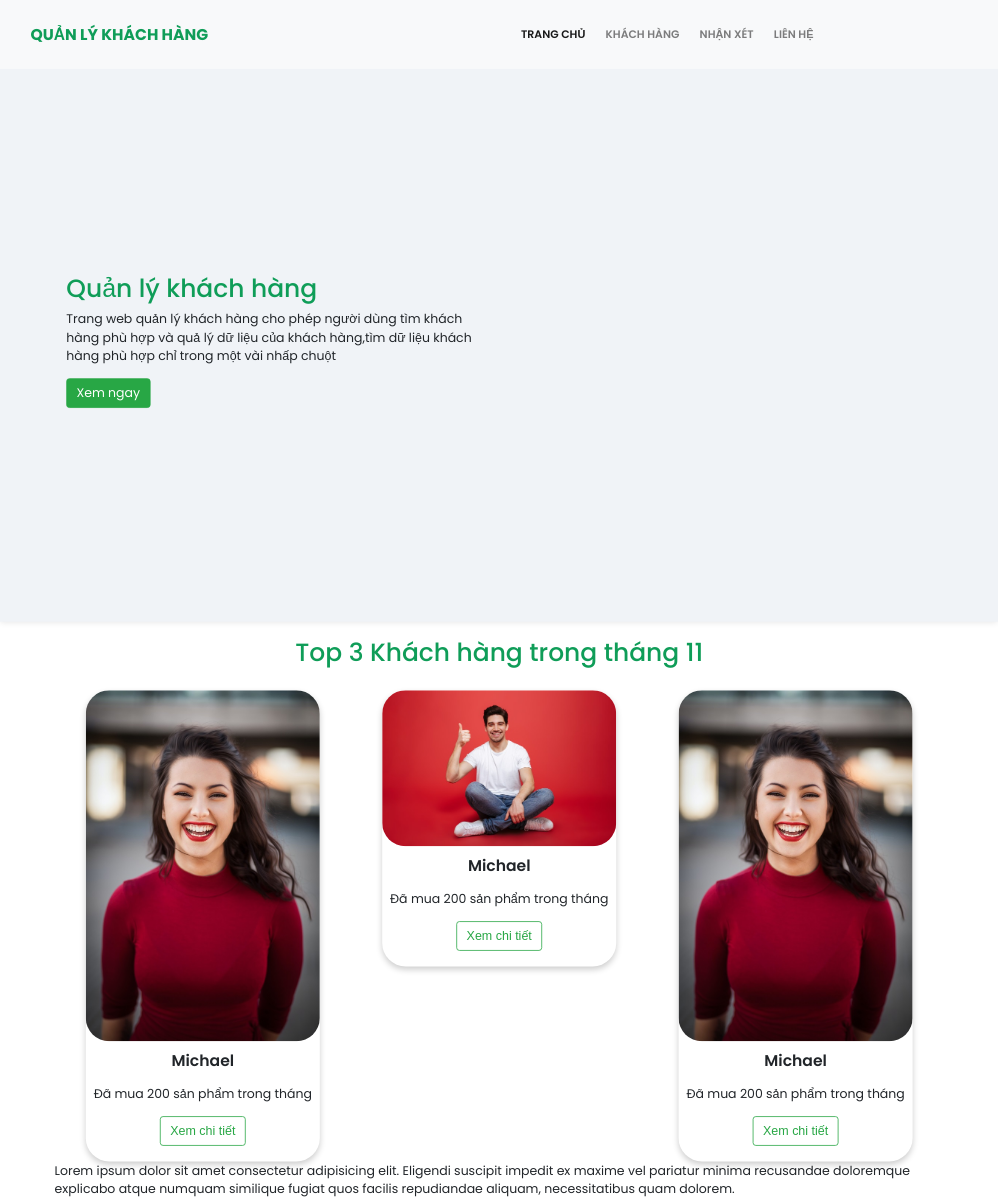
Repository: huutien1904/bt2-ltw
Page: index.html
The author's editor kept a copy of each file at every save. The page is drawn from the files as they stood at one save, then again after the next save.
The browser window is 1280 px wide. The pictures show the whole page, at 78% of full size.

Above is the page before, as saved 2021-11-04 09:02:14.

### index.html
<!DOCTYPE html>
<html lang="en">
<head>
    <meta charset="UTF-8">
    <meta http-equiv="X-UA-Compatible" content="IE=edge">
    <meta name="viewport" content="width=device-width, initial-scale=1.0">
    <title>Quản Lý Khách Hàng</title>

    <!-- style -->
    <link rel="stylesheet" href="./style.css">
    <!-- font Poppins -->
    <link rel="preconnect" href="https://fonts.googleapis.com">
    <link rel="preconnect" href="https://fonts.gstatic.com" crossorigin>
    <link href="https://fonts.googleapis.com/css2?family=Poppins:wght@100;200;300;400;500;600;700;800;900&display=swap" rel="stylesheet">
    <!--  boostrap -->
    <link rel="stylesheet" href="https://maxcdn.bootstrapcdn.com/bootstrap/4.5.2/css/bootstrap.min.css">
    <script src="https://ajax.googleapis.com/ajax/libs/jquery/3.5.1/jquery.min.js"></script>
    <script src="https://cdnjs.cloudflare.com/ajax/libs/popper.js/1.16.0/umd/popper.min.js"></script>
    <script src="https://maxcdn.bootstrapcdn.com/bootstrap/4.5.2/js/bootstrap.min.js"></script>
</head>
<body>
  <!-- navbar -->
    <!-- <nav class="navbar navbar-default navbar-fixed-top">
        <div class="container-fluid ">
          <div class="navbar-header">
            <button type="button" class="navbar-toggle" data-toggle="collapse" data-target="#myNavbar">
              <span class="icon-bar"></span>
              <span class="icon-bar"></span>
              <span class="icon-bar"></span>
            </button>
            <a class="navbar-brand" href="#home">QUẢN LÝ KHÁCH HÀNG</a>
          </div>
          <div class="collapse navbar-collapse" id="myNavbar">
            <ul class="nav navbar-nav navbar-right">
              <li class="active_nav"><a href="#home">TRANG CHỦ</a></li>
              <li ><a href="#customer">KHÁCH HÀNG</a></li>
              <li><a href="#comment">NHẬN XÉT</a></li>
              <li><a href="#contact">LIÊN HỆ</a></li>
            </ul>
          </div>
        </div>
    </nav> -->
  <!-- end navbar -->
  <nav class="navbar navbar-expand-lg navbar-light bg-light fixed-top p-4 d-flex justify-content-between">
    <div class="nav_title col-md-6 col-sm-12">
      <a class="navbar-brand" href="#">QUẢN LÝ KHÁCH HÀNG</a>
    </div>

    <div class="nav_menu col-md-6 ">
      <button class="navbar-toggler" type="button" data-toggle="collapse" data-target="#navbarSupportedContent" aria-controls="navbarSupportedContent" aria-expanded="false" aria-label="Toggle navigation">
        <span class="navbar-toggler-icon"></span>
      </button>
      <div class="collapse navbar-collapse" id="navbarSupportedContent">
        <ul class="navbar-nav mr-auto">
          <li class="nav-item active">
            <a class="nav-link" href="#home">TRANG CHỦ</a>
          </li>
          <li class="nav-item">
            <a class="nav-link" href="#customer">KHÁCH HÀNG</a>
          </li>

          <li class="nav-item">
            <a class="nav-link" href="#comment">NHẬN XÉT</a>
          </li>
          <li class="nav-item">
            <a class="nav-link" href="#contact">LIÊN HỆ</a>
          </li>

        </ul>

      </div>
    </div>


  </nav>
  <!-- trang chủ -->
  <section
    id="home"
    >
    <div class="container">
      <div class="row">
        <div class="col-md-6 col-xs-12 ">
          <div class="">
            <h2 class="slogan">Quản lý khách hàng</h2>
            <p class="">
              Trang web quản lý khách hàng cho phép người dùng tìm khách hàng phù hợp và quả lý dữ liệu của khách hàng,tìm dữ liệu khách hàng phù hợp chỉ trong một vài nhấp chuột
            </p>
            <div class="left-to-right play-on-scroll delay-4">
              <button type="button" class="btn btn-success">Xem ngay</button>
            </div>
          </div>
        </div>
      </div>
    </div>
  </section>
  <!-- end trang chủ -->

  <!-- khách hàng -->
  <section id="customer ">
    <div class="container">
      <div class="row">
        <div class="col-md-12 col-sm-12 d-flex justify-content-center align-items-center">
          <h2 class="title_customer ">Top 3 Khách hàng trong tháng 11</h2>
        </div>
      </div>
      <div class="row">
        <div class="col-md-4 col-sm-12">
          <div class="customer_top">
            <img src="./img/michael-dam-mEZ3PoFGs_k-unsplash.jpg" alt="Denim Jeans" style="width:100%">
            <p class="customer_top-name">Michael</p>
            <p>Đã mua 200 sản phẩm trong tháng</p>
            <button type="button " class="btn btn-outline-success btn_des">Xem chi tiết</button>
          </div>
        </div>
        <div class="col-md-4 col-sm-12">
          <div class="customer_top">
            <img src="./img/portrait-happy-young-man_171337-21716.jpg" alt="Denim Jeans" style="width:100%">
            <p class="customer_top-name">Michael</p>
            <p>Đã mua 200 sản phẩm trong tháng</p>
            <button type="button " class="btn btn-outline-success btn_des">Xem chi tiết</button>
          </div>

        </div>
        <div class="col-md-4 col-sm-12">
          <div class="customer_top">
            <img src="./img/michael-dam-mEZ3PoFGs_k-unsplash.jpg" alt="Denim Jeans" style="width:100%">
            <p class="customer_top-name">Michael</p>
            <p>Đã mua 200 sản phẩm trong tháng</p>
            <button type="button " class="btn btn-outline-success btn_des">Xem chi tiết</button>
          </div>

        </div>
        Lorem ipsum dolor sit amet consectetur adipisicing elit. Eligendi suscipit impedit ex maxime vel pariatur minima recusandae doloremque explicabo atque numquam similique fugiat quos facilis repudiandae aliquam, necessitatibus quam dolorem.
      </div>
    </div>
  </section>
  <!-- end khách hàng -->
  <!--  Nhận xét-->
  <section id="comment">

  </section>
  <!-- liên hệ -->
  <section id="contact">

  </section>
</body>
</html>

### style.css
*{
  font-family: 'Poppins', sans-serif;
}
p{
  margin: 0;
}
:root {
  --primary-color: #0f9d58;
  --backgound-color: #f0f3f7;
  --secon-color: #9da2ad;
  --grey: #7a7a7a;
  --white: #ffffff;
}
body {
  font: 400 15px Lato, sans-serif;
  line-height: 1.8;
  color: #818181;
}
.navbar-default{
  padding: 15px;
  background-color: var(--backgound-color);
  box-shadow: 0 2px 8px rgb(0 0 0 / 10%);
}
.navbar-brand{
  font-weight: 700;
  font-size: 20px;
  color: var(--primary-color) !important;

}
.navbar-nav li{
  font-size: 14px;
  font-weight: 600;
  margin: 0 5px;
  /* padding:5px; */
}
.navbar-nav li:hover{
  background-color: var(--primary-color);
  border-radius: 15px;
  color: white !important;
}
#home{
  margin-top: 77px;
  height: 100vh;
  display: flex;
  justify-content: center;
  align-items: center;
  background-color: var(--backgound-color);
  box-shadow: 0 2px 8px rgb(0 0 0 / 10%);
}
.slogan{
  color: var(--primary-color);
}
.title_customer{
  color: var(--primary-color);

}
#customer{
  height: 90vh;
  background-color: var(--backgound-color);
  box-shadow: 0 2px 8px rgb(0 0 0 / 10%);
}
.customer_top {
  box-shadow: 0 4px 8px 0 rgba(0, 0, 0, 0.2);
  max-width: 300px;
  margin: auto;
  text-align: center;
  font-family: arial;
  border-radius: 30px;

}
.customer_top img{
  border-radius: 30px;
  margin-bottom: 10px;
}
.customer_top-name{
  font-size: 20px;
  font-weight: 600;
}
.btn_des{
  margin-bottom: 20px;
}
.title_customer{
  margin: 20px;
  margin-bottom: 30px;
}



/* .active_nav{
  background-color: var(--primary-color);
  border-radius: 15px;
} */

After the next save:
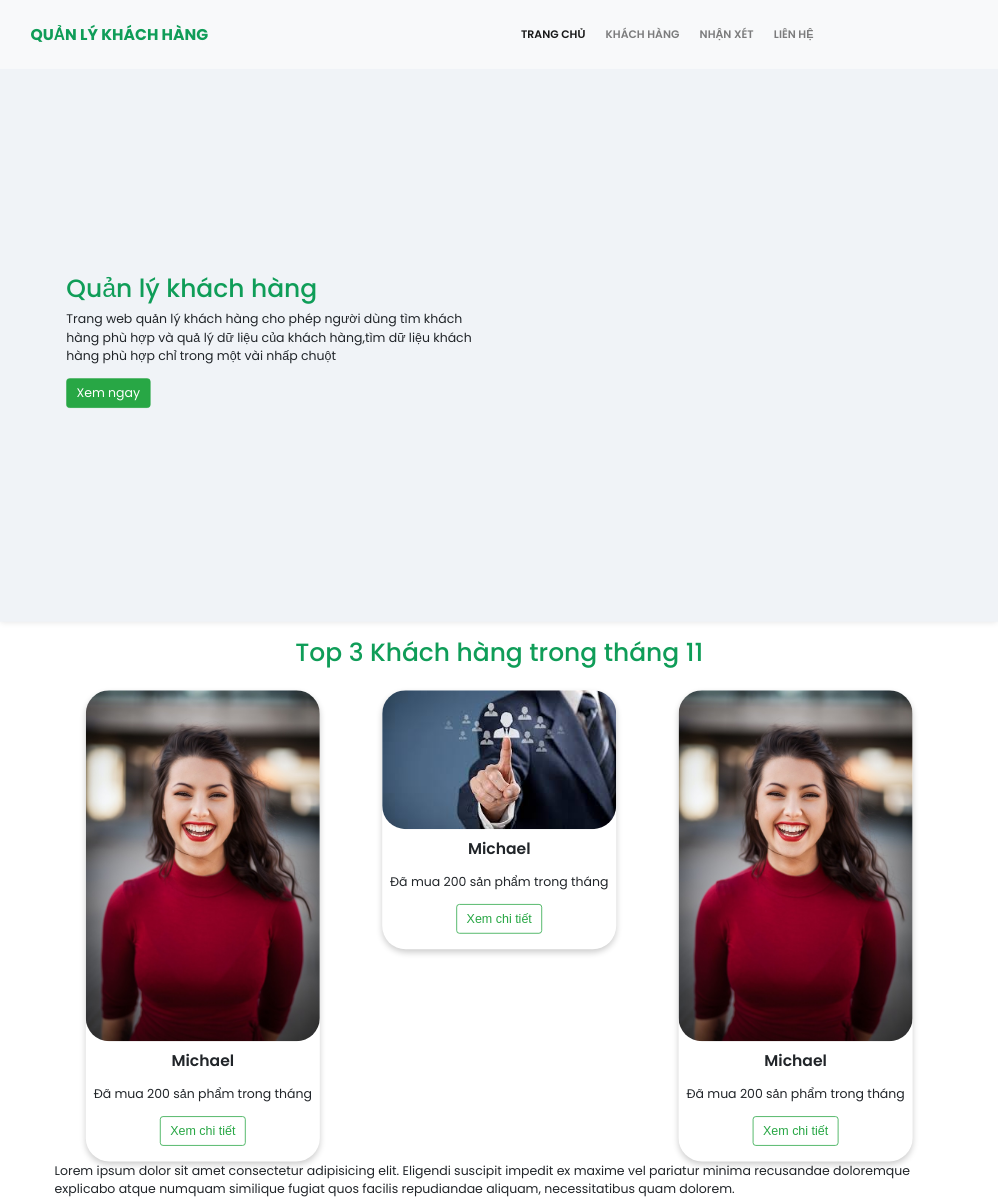
Saved 118 s later.
--- a/index.html
+++ b/index.html
@@ -114,7 +114,7 @@
         </div>
         <div class="col-md-4 col-sm-12">
           <div class="customer_top">
-            <img src="./img/portrait-happy-young-man_171337-21716.jpg" alt="Denim Jeans" style="width:100%">
+            <img src="./img/images.jpg" alt="Denim Jeans" style="width:100%">
             <p class="customer_top-name">Michael</p>
             <p>Đã mua 200 sản phẩm trong tháng</p>
             <button type="button " class="btn btn-outline-success btn_des">Xem chi tiết</button>
